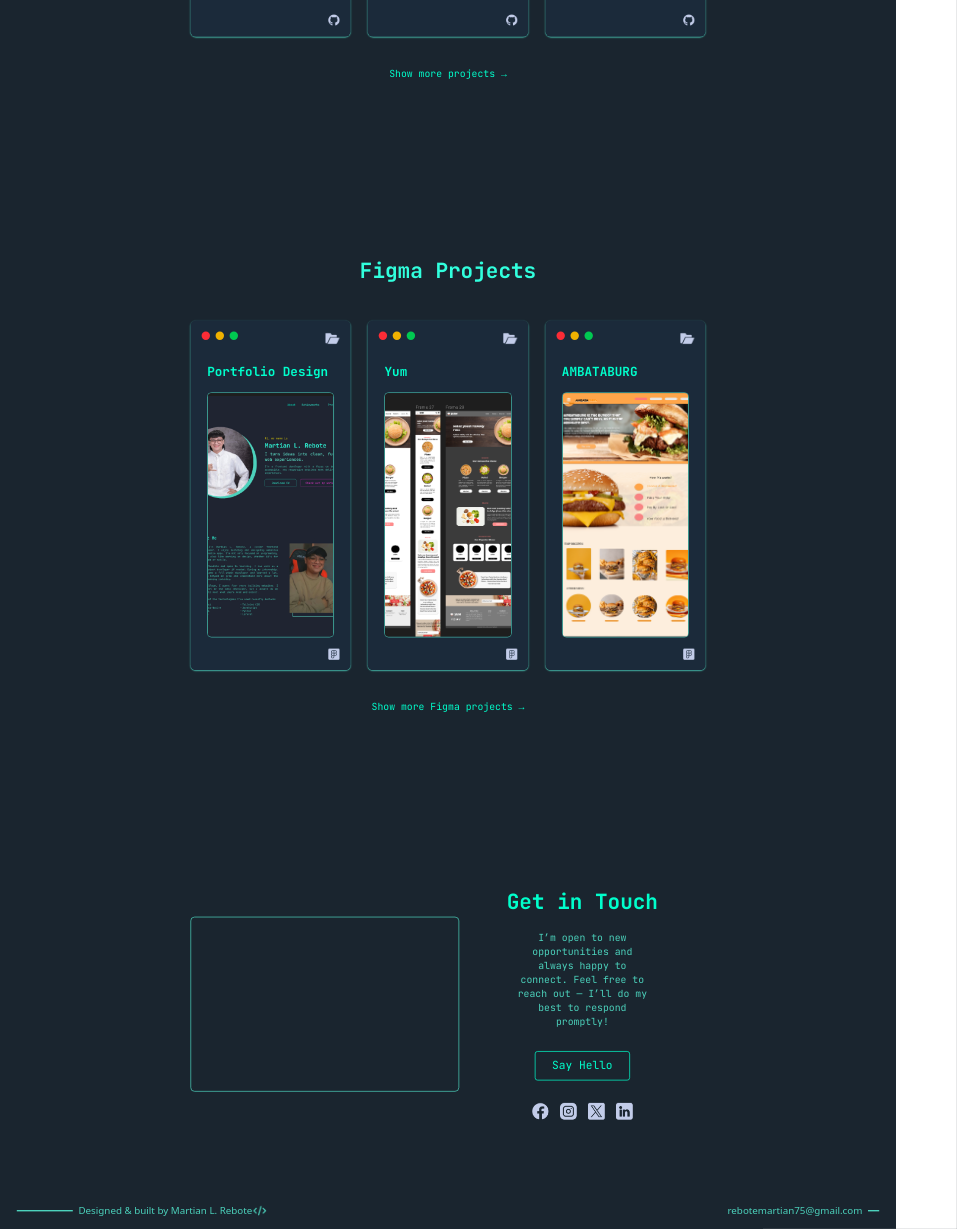
Repository: m4rsu-code/Portfolio
Page: / (app in my-portfolio/)
The author's editor kept a copy of each file at every save. The page is drawn from the files as they stood at one save, then again after the next save.
The browser window is 1280 px wide. The page is 1367 px wide, so the pictures cover 1367 px, including what lies to the right of the window. The pictures show the part of the page from y = 3331 to 5091 px (the page is 5087 px tall before and 5091 px after), at 70% of full size.
The project was rebuilt for these pictures with package versions that can differ from the ones it lists, and the page was loaded fresh each time. Also part of the build but not shown: my-portfolio/vite.config.js, my-portfolio/src/assets/components/Modal/AchievementModal.jsx, my-portfolio/src/AchievementsPage.jsx, my-portfolio/src/ProjectPage.jsx, my-portfolio/src/FigmaProjectsPage.jsx.

Above is the page before, as saved 2025-08-04 18:35:34.

After the next save:
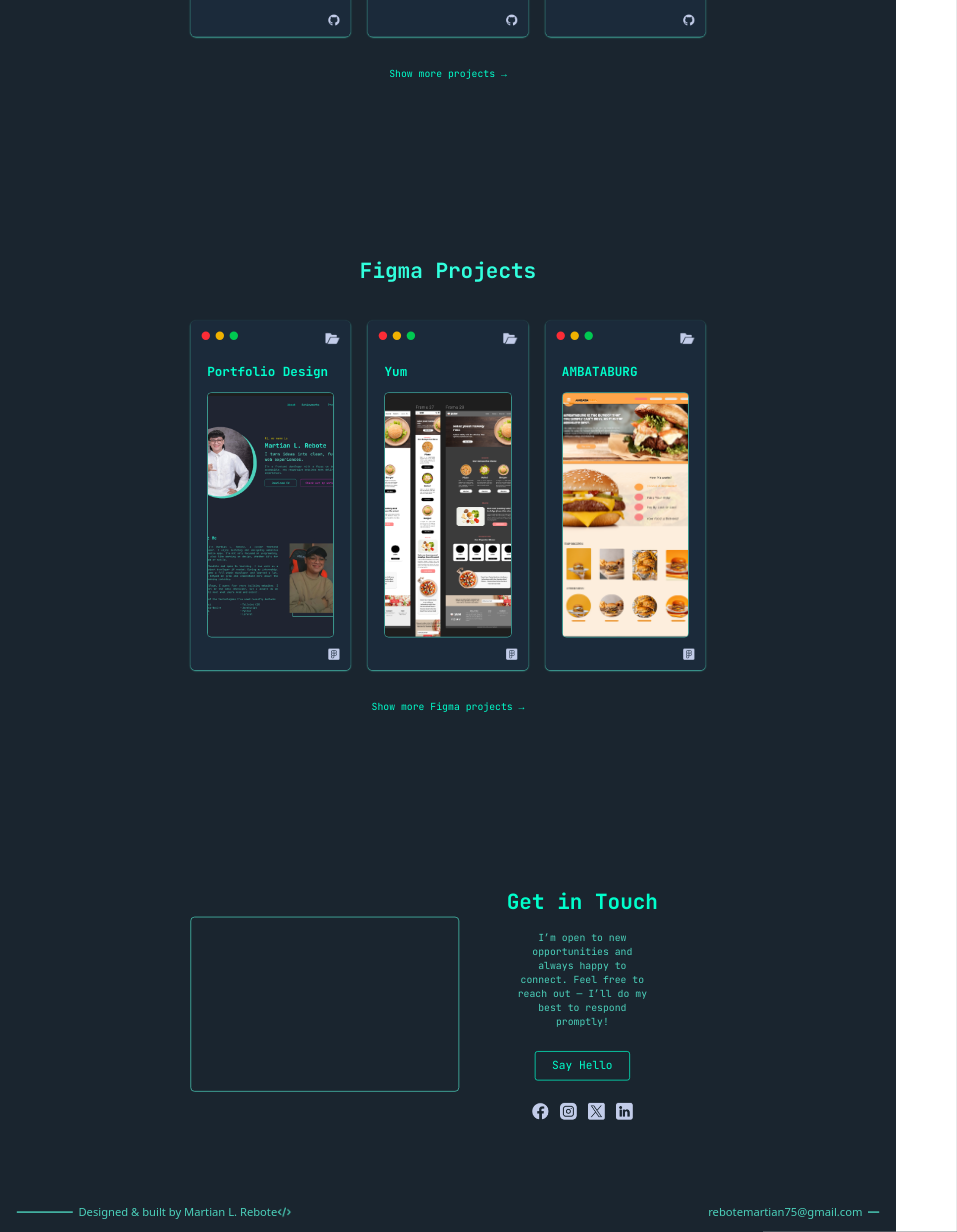
Saved 9 s later.
--- a/my-portfolio/src/App.jsx
+++ b/my-portfolio/src/App.jsx
@@ -379,7 +379,7 @@
       </div>
 
       {/* Footer */}
-      <footer className="text-[#4CD2BC] text-sm flex items-center p-4 justify-between px-6 relative">
+      <footer className="text-[#4CD2BC] text-md flex items-center p-4 justify-between px-6 relative">
         <span className="flex items-center">
           <span className="border-t-2 border-[#4CD2BC] w-20 mr-2"></span>
           Designed & built by Martian L. Rebote

After the save that followed:
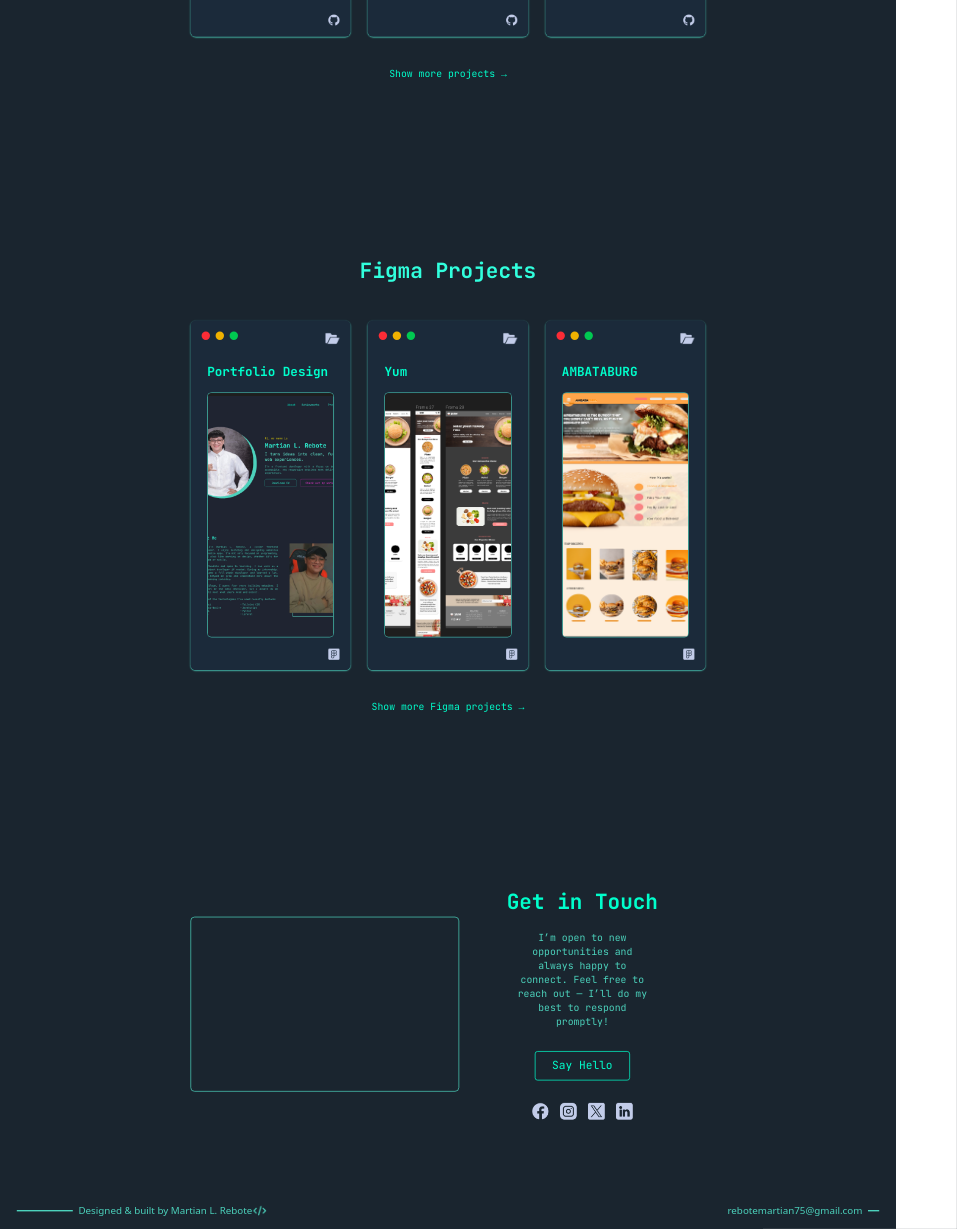
Saved 9 s later.
--- a/my-portfolio/src/App.jsx
+++ b/my-portfolio/src/App.jsx
@@ -379,7 +379,7 @@
       </div>
 
       {/* Footer */}
-      <footer className="text-[#4CD2BC] text-md flex items-center p-4 justify-between px-6 relative">
+      <footer className="text-[#4CD2BC] text-sm flex items-center p-4 justify-between px-6 relative">
         <span className="flex items-center">
           <span className="border-t-2 border-[#4CD2BC] w-20 mr-2"></span>
           Designed & built by Martian L. Rebote
